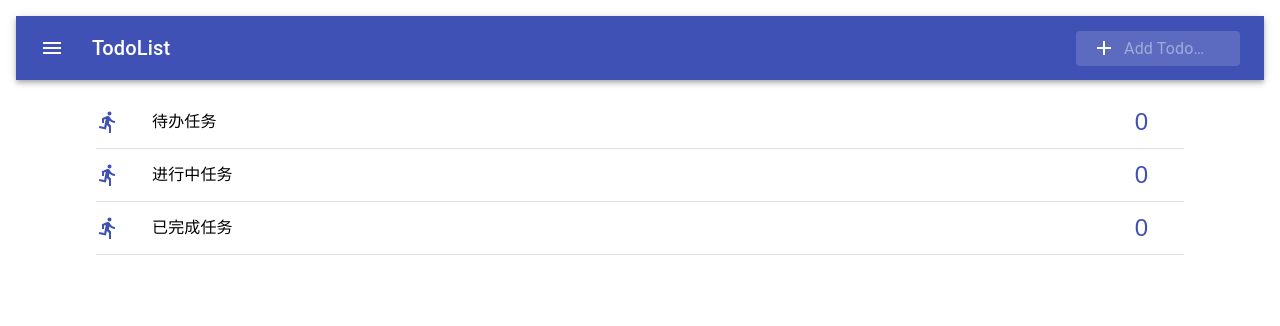
Repository: harperl71/TodoList
Page: /
The author's editor kept a copy of each file at every save. The page is drawn from the files as they stood at one save, then again after the next save.
The browser window is 1280 px wide. The pictures show the whole page.
The project was rebuilt for these pictures with package versions that can differ from the ones it lists, and the page was loaded fresh each time. Also part of the build but not shown: src/components/content/task-item/index.tsx.

Above is the page before, as saved 2021-05-21 09:19:20.

After the next save:
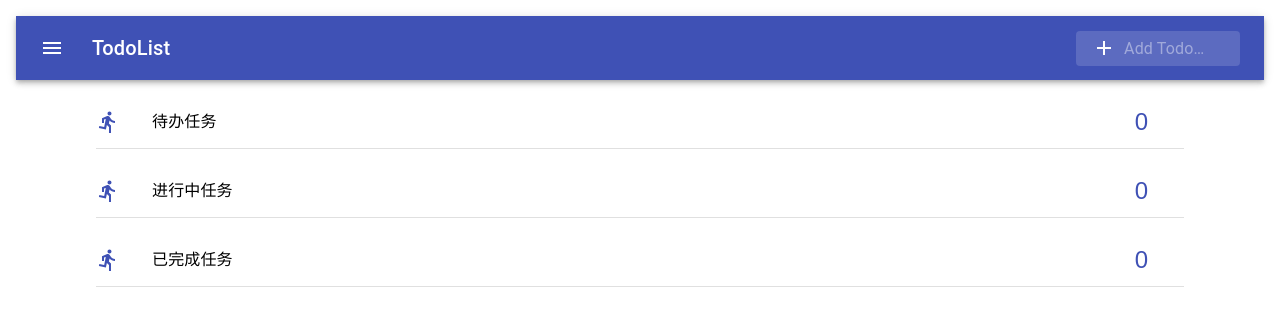
Saved 90 s later.
--- a/src/components/content/task-list/index.tsx
+++ b/src/components/content/task-list/index.tsx
@@ -72,13 +72,15 @@
         </List>
       </section>
       <section className={title}>
-        {todoList
-          .filter((item) => {
-            return item.status === status;
-          })
-          .map((item) => {
-            return <TaskItem />;
-          })}
+        <List>
+          {todoList
+            .filter((item) => {
+              return item.status === status;
+            })
+            .map((item) => {
+              return <TaskItem />;
+            })}
+        </List>
       </section>
     </div>
   );

After the save that followed:
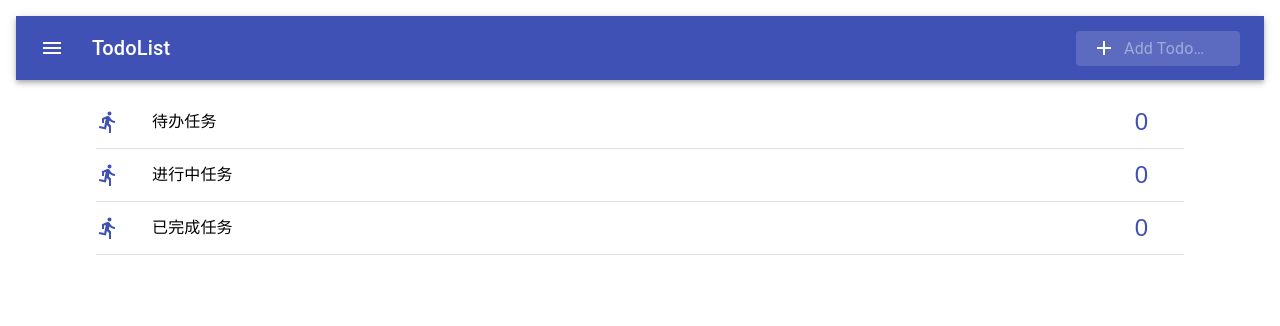
Saved 93 s later.
--- a/src/components/content/task-list/index.tsx
+++ b/src/components/content/task-list/index.tsx
@@ -68,18 +68,16 @@
               }
             </IconButton>
           </ListItem>
+          <section className={title}>
+            {todoList
+              .filter((item) => {
+                return item.status === status;
+              })
+              .map((item) => {
+                return <TaskItem />;
+              })}
+          </section>
           <Divider />
-        </List>
-      </section>
-      <section className={title}>
-        <List>
-          {todoList
-            .filter((item) => {
-              return item.status === status;
-            })
-            .map((item) => {
-              return <TaskItem />;
-            })}
         </List>
       </section>
     </div>
